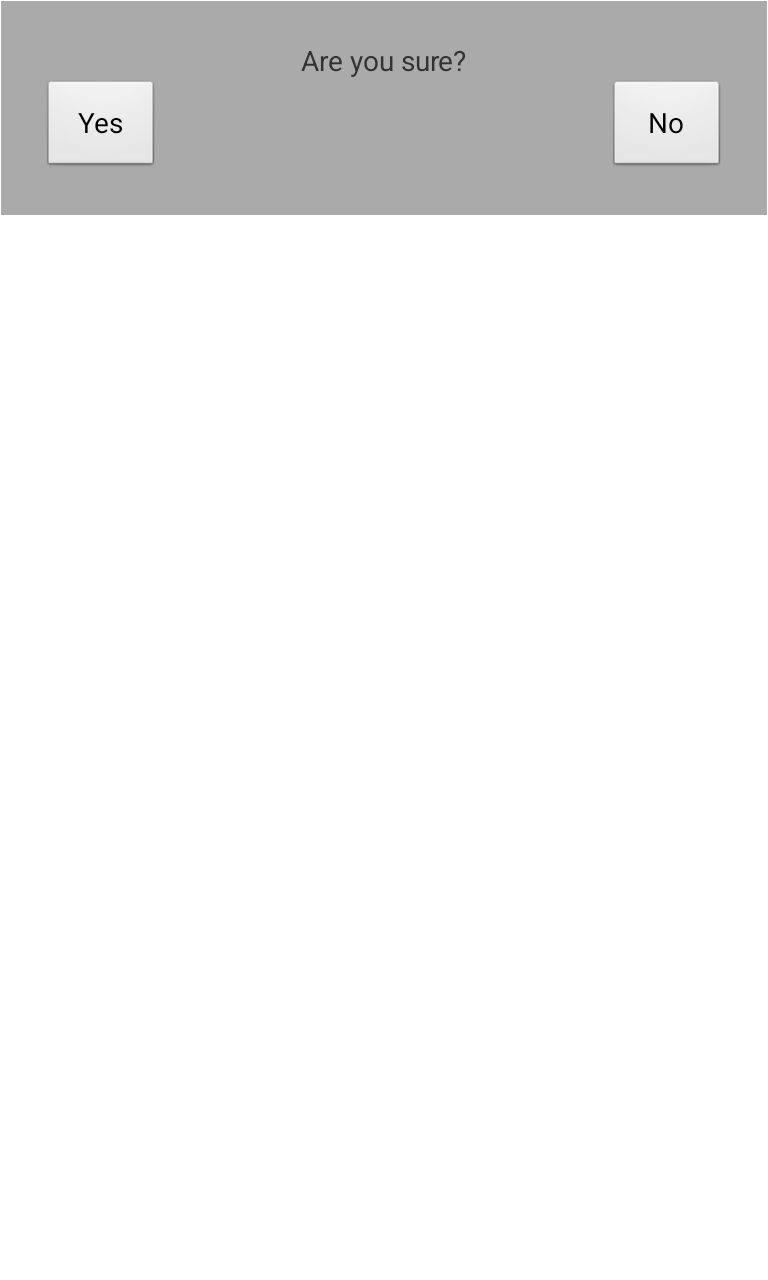
Repository: jwisch91/CS390-Project
Layout: workspace/testing/res/layout/confirmation_popup.xml
These files come from the project's save history. The layout is drawn as it stood at one moment and after the next save; the edit follows.
It is drawn on a 768 x 1280 px phone screen (xhdpi) without system bars, with theme android:Theme.Light; the app's code is not run.

Above is the layout before, as saved 2013-04-12 02:20:03.

After the next save:
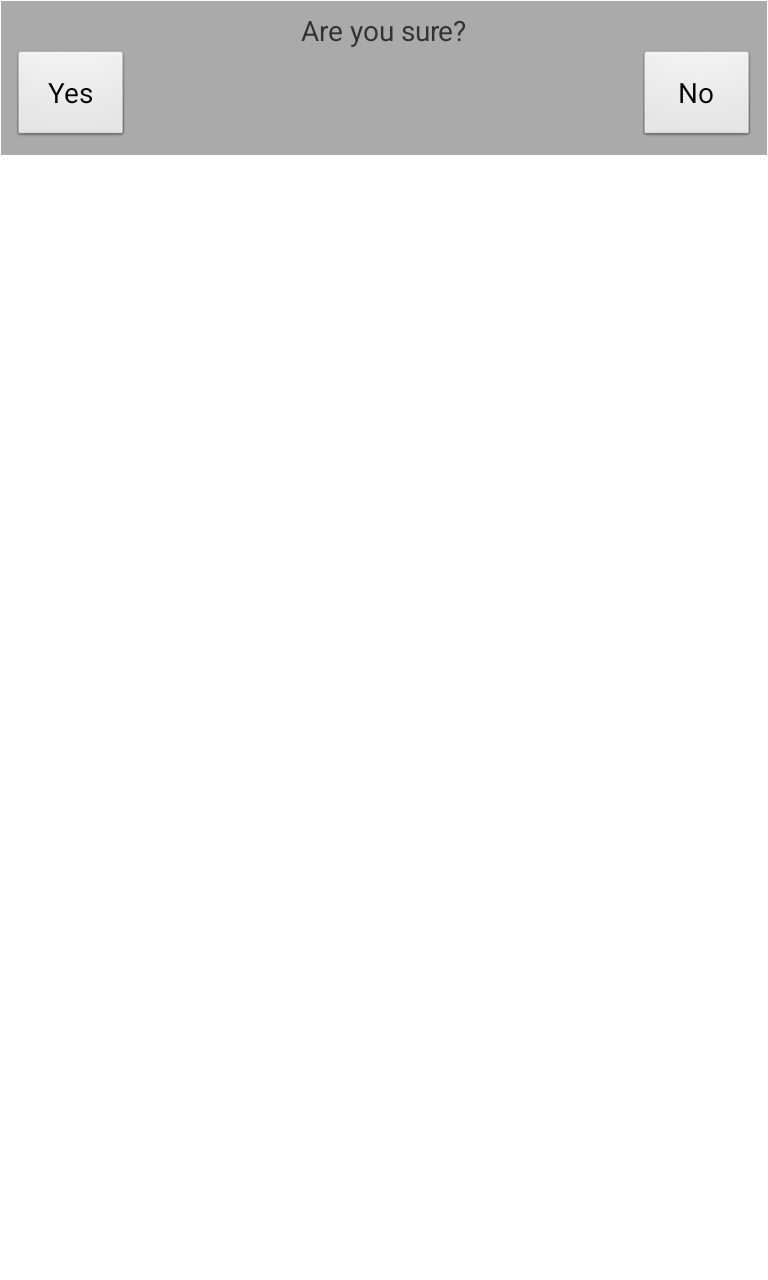
Saved 11 s later.
--- a/workspace/testing/res/layout/confirmation_popup.xml
+++ b/workspace/testing/res/layout/confirmation_popup.xml
@@ -15,7 +15,7 @@
         android:layout_width="wrap_content"
       android:layout_height="wrap_content"
       android:orientation="vertical"
-      android:layout_margin="20dp">
+      android:layout_margin="5dp">
 
         <Button
             android:id="@+id/reregister_yes"
